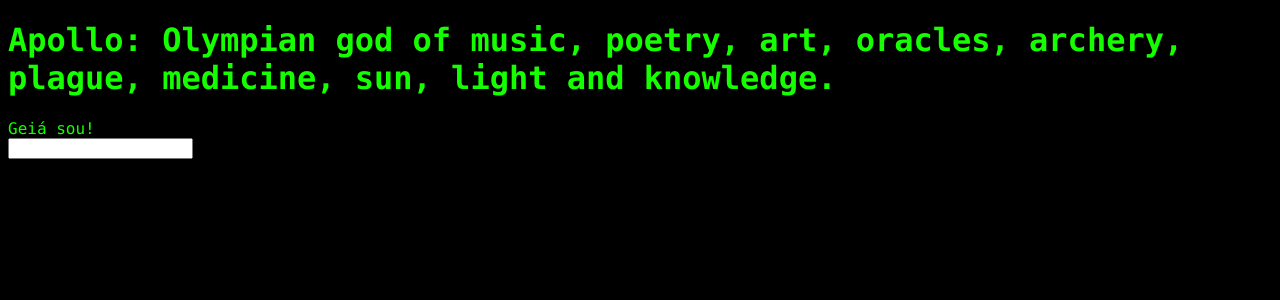
Repository: blackout41/machineLearning
Page: apollo.html
The author's editor kept a record of every edit. The page is drawn from the files as they stood at one moment, then again after the next edit.
The browser window is 1280 px wide. The pictures show the whole page.

Above is the page before.
Console error: ReferenceError: trainingData is not defined

After the next edit:
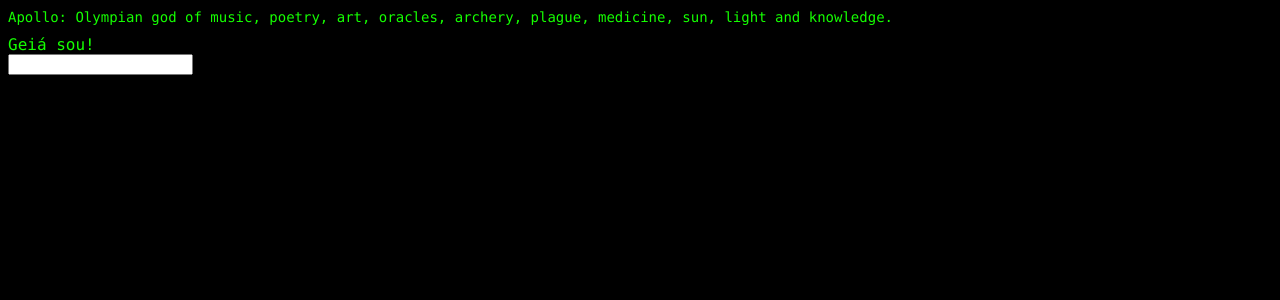
The edit:
--- a/apollo.html
+++ b/apollo.html
@@ -9,7 +9,7 @@
 </head>
 <body>
 
-        <h1>Apollo: Olympian god of music, poetry, art, oracles, archery, plague, medicine, sun, light and knowledge.</h1>
+        <h1 style="font: normal 14px Consolas,monaco,monospace;">Apollo: Olympian god of music, poetry, art, oracles, archery, plague, medicine, sun, light and knowledge.</h1>
 
         <!--<div id="statement"></div>-->
         <!--<div id="analysing" ></div>-->
